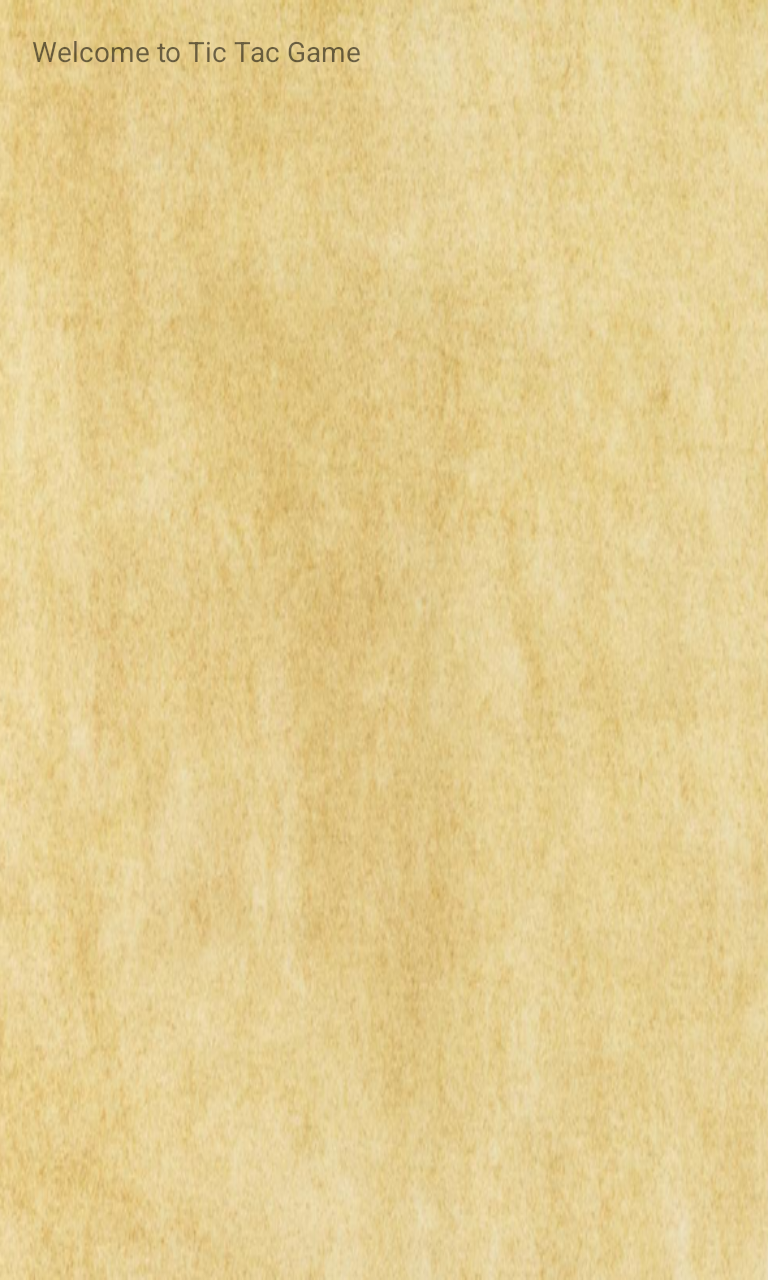
Repository: dtakiy/jogovelha
Layout: games/res/layout/activity_main.xml
The author's editor kept a copy of each file at every save. The layout is drawn from the files as they stood at one save, then again after the next save.
It is drawn on a 768 x 1280 px phone screen (xhdpi) without system bars, with theme AppTheme; the app's code is not run.

Above is the layout before, as saved 2014-09-17 15:33:13.

After the next save:
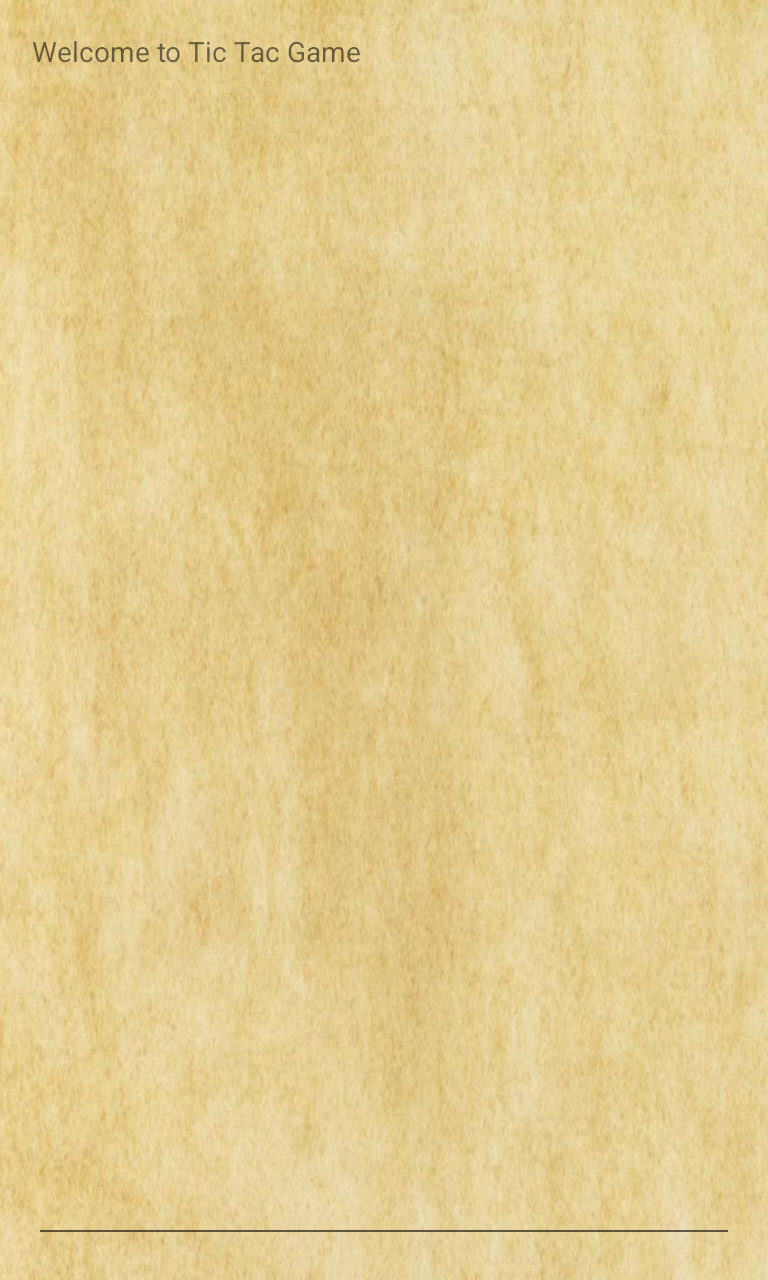
Saved 8 min 17 s later.
--- a/games/res/layout/activity_main.xml
+++ b/games/res/layout/activity_main.xml
@@ -15,4 +15,10 @@
         android:text="@string/hello_world"
         />
 
+    <EditText
+        android:id ="@+id/camponome"
+        android:layout_width="fill_parent"
+        android:layout_height="fill_parent"
+     />
+
 </RelativeLayout>
